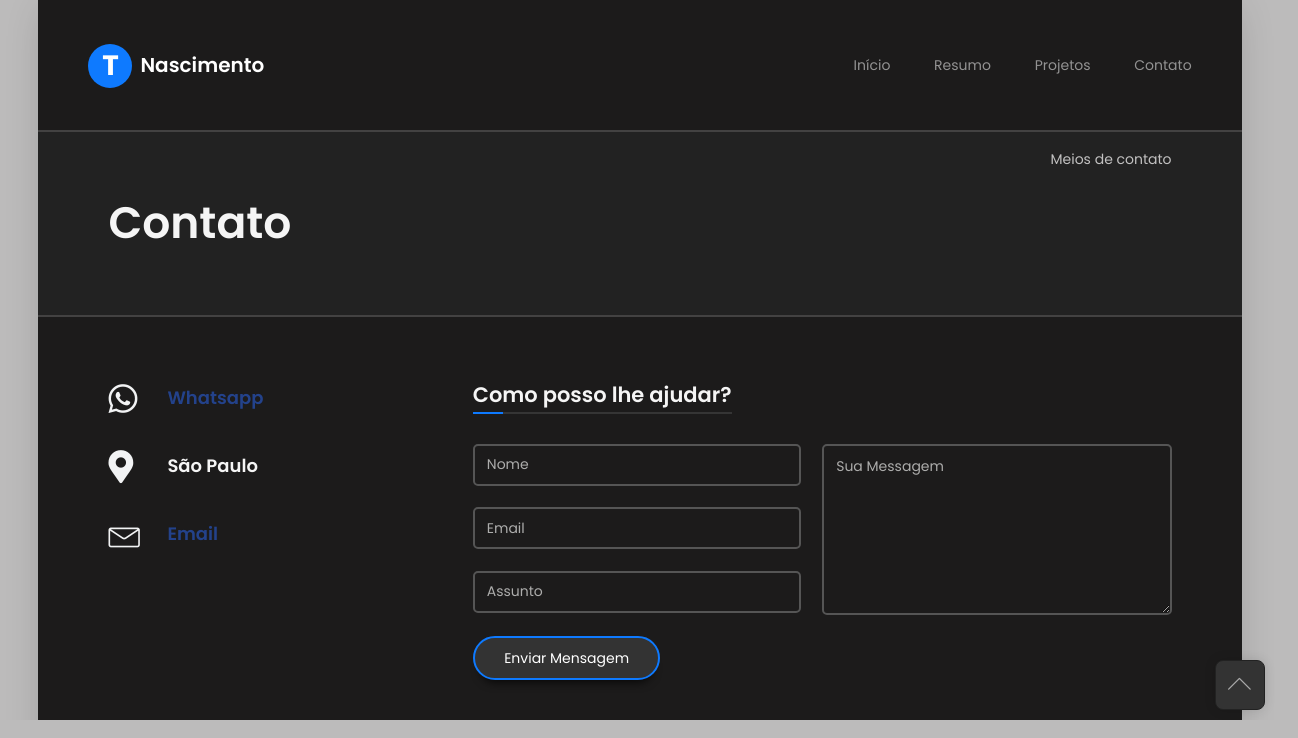
Repository: thmedu/Portfolio
Page: contact.html
These files come from the project's save history. The page is drawn as it stood at one moment and after the next save; the edit follows.
The browser window is 1280 px wide. The page is 1298 px wide, so the pictures cover 1298 px, including what lies to the right of the window. The pictures show the whole page.
An inner scrolling area shows only its first screen.

Above is the page before, as saved 2024-06-01 21:36:56.
Console error: ReferenceError: google is not defined

### contact.html
<!DOCTYPE html>
<html lang="pt-br" class="no-js">

<head>
    <meta charset="UTF-8" />
    <meta http-equiv="X-UA-Compatible" content="IE=edge">
    <title>Contato</title>
    <meta name="viewport" content="width=device-width, initial-scale=1.0, maximum-scale=1.0, user-scalable=no">
    <meta name="description" content="Leven - Resume / CV / vCard Template" />
    <meta name="keywords" content="vcard, responsive, retina, resume, jquery, css3, bootstrap, portfolio" />
    <meta name="author" content="Thomas" />
    <link rel="shortcut icon" href="./img/icones/dev-community-icon.svg">

    <link rel="stylesheet" href="./css/normalize.css" type="text/css">
    <link rel="stylesheet" href="./css/bootstrap.min.css" type="text/css">
    <link rel="stylesheet" href="./css/owl.carousel.css" type="text/css">
    <link rel="stylesheet" href="./css/magnific-popup.css" type="text/css">
    <link rel="stylesheet" href="./css/main.css" type="text/css">
    <link rel="stylesheet" href="https://cdnjs.cloudflare.com/ajax/libs/animate.css/4.1.1/animate.min.css" />

    <script src="./js/modernizr.custom.js"></script>
</head>

<body class="page">

    <div class="lm-animated-bg"></div>

    <!-- Loading animation -->
    <div class="preloader">
        <div class="preloader-animation">
            <div class="preloader-spinner">
            </div>
        </div>
    </div>
    <!-- /Loading animation -->

    <!-- Scroll To Top Button -->
    <div class="lmpixels-scroll-to-top"><i class="lnr lnr-chevron-up"></i></div>
    <!-- /Scroll To Top Button -->

    <div class="page-scroll">
        <div id="page_container" class="page-container bg-move-effect" data-animation="transition-flip-in-right">

            <!-- Cabeçalho -->
            <header id="site_header" class="header">
                <div class="header-content clearfix">

                    <!-- Logotipo de texto -->
                    <div class="text-logo">
                        <a href="index.html">
                            <div class="logo-symbol">T</div>
                            <div class="logo-text">Nascimento</div>
                        </a>
                    </div>
                    <!-- /Logotipo de texto -->

                    <!-- Navegação -->
                    <div class="site-nav mobile-menu-hide">
                        <ul class="leven-classic-menu site-main-menu">
                            <li class="menu-item">
                                <a href="index.html">Início</a>
                            </li>
                            <li class="menu-item">
                                <a href="resumo.html">Resumo</a>
                            </li>
                            <li class="menu-item">
                                <a href="portfolio.html">Projetos</a>
                            </li>
                            <li class="menu-item">
                                <a href="contact.html">Contato</a>
                            </li>
                        </ul>
                    </div>

                    <!-- Alternador de menu móvel -->
                    <a class="menu-toggle mobile-visible">
                        <i class="fa fa-bars"></i>
                    </a>
                </div>

            </header>

            <div id="main" class="site-main">
                <div id="main-content" class="single-page-content">
                    <div id="primary" class="content-area">

                        <div class="page-title">
                            <h1>Contato</h1>
                            <div class="page-subtitle">
                                <h4>Meios de contato</h4>
                            </div>
                        </div>

                        <div id="content" class="page-content site-content single-post" role="main">

                            <div class="row">
                                <div class="col-xs-12 col-sm-4">

                                    <div id="info_list_1" class="info-list-w-icon">

                                        <div class="info-block-w-icon">
                                            <div class="ci-icon">
                                                <i class="fab fa-whatsapp"></i> <!-- Ícone do WhatsApp -->
                                            </div>
                                            <div class="ci-text">
                                                <h4><a href="https://web.whatsapp.com/" target="_blank">Whatsapp</a>
                                                </h4>
                                                <p></p>
                                            </div>
                                        </div>
                                        <div class="info-block-w-icon">
                                            <div class="ci-icon">
                                                <i class="fas fa-map-marker-alt"></i> <!-- Ícone de localização -->
                                            </div>
                                            <div class="ci-text">
                                                <h4>São Paulo</h4>
                                                <p></p>
                                            </div>
                                        </div>

                                        <div class="info-block-w-icon">
                                            <div class="ci-icon">
                                                <i class="lnr lnr-envelope"></i>
                                            </div>
                                            <div class="ci-text">
                                                <h4><a href="https://outlook.live.com/mail/0/"
                                                        class="__cf_email__"
                                                        data-cfemail="f199949d9d9eb19489909c819d94df929e9c">Email</a></h4>
                                                <p></p>
                                            </div>
                                        </div>
                                    </div>

                                </div>

                                <div class="col-xs-12 col-sm-8">

                                    <div class="block-title">
                                        <h2>Como posso lhe ajudar?</h2>
                                    </div>

                                    <form id="contact_form" class="contact-form" action="#" method="post">

                                        <div class="messages"></div>

                                        <div class="controls two-columns">
                                            <div class="fields clearfix">
                                                <div class="left-column">
                                                    <div class="form-group form-group-with-icon">
                                                        <input id="form_name" type="text" name="name"
                                                            class="form-control" placeholder="Nome" required>
                                                        <div class="form-control-border"></div>
                                                    </div>

                                                    <div class="form-group form-group-with-icon">
                                                        <input id="form_email" type="email" name="email"
                                                            class="form-control" placeholder="Email" required>
                                                        <div class="form-control-border"></div>
                                                    </div>

                                                    <div class="form-group form-group-with-icon">
                                                        <input id="form_subject" type="text" name="subject"
                                                            class="form-control" placeholder="Assunto" required>
                                                        <div class="form-control-border"></div>
                                                    </div>
                                                </div>
                                                <div class="right-column">
                                                    <div class="form-group form-group-with-icon">
                                                        <textarea id="form_message" name="message"
                                                            class="form-control" placeholder="Sua Messagem"
                                                            rows="7" required></textarea>
                                                        <div class="form-control-border"></div>
                                                    </div>
                                                </div>
                                            </div>

                                            <input type="submit" class="button btn-send disabled"
                                                value="Enviar Mensagem">
                                        </div>
                                    </form>

                                </div>

                            </div>

                        </div>
                    </div>
                </div>
            </div>

            <!-- Footer -->
            <footer class="site-footer clearfix">
                <div class="footer-social">
                    <ul class="footer-social-links">
                        <li>
                            <a href="https://www.facebook.com/" target="_blank"><i
                                    class="fab fa-facebook-f" style="color: #0E7AFF;"></i></a>
                        </li>
                        <li>
                            <a href="https://twitter.com/" target="_blank"><i class="fab fa-twitter"
                                    style="color: #0E7AFF;"></i></a>
                        </li>
                        <li>
                            <a href="https://dribbble.com/" target="_blank"><i class="fab fa-dribbble"
                                    style="color: #0E7AFF;"></i></a>
                        </li>
                    </ul>
                </div>

                <div class="footer-copyrights">
                    <p>© 2024 Todos os direitos reservados. Thomas.</p>
                </div>
            </footer>
            <!-- /Footer -->

        </div>
    </div>
    <script src="js/jquery-2.1.3.min.js"></script>
    <script src="js/imagesloaded.pkgd.min.js"></script>
    <script src="js/bootstrap.min.js"></script>
    <script src="js/jquery.shuffle.min.js"></script>
    <script src="js/masonry.pkgd.min.js"></script>
    <script src="js/owl.carousel.min.js"></script>
    <script src="js/jquery.magnific-popup.min.js"></script>
    <script src="js/jquery.googlemap.js"></script>
    <script src="js/validator.js"></script>
    <script src="js/main.js"></script>
    <script src="js/contato.js"></script>
</body>

</html>

### css/owl.carousel.css
/* Owl Carousel */
.owl-carousel {
    display: none;
    width: 100%;
    position: relative;
    z-index: 1;
  }

  .owl-carousel .owl-stage {
    position: relative;
  }

  .owl-carousel .owl-stage:after {
    content: ".";
    display: block;
    clear: both;
    visibility: hidden;
    line-height: 0;
    height: 0;
  }

  .owl-carousel .owl-stage-outer {
    position: relative;
    overflow: hidden;
    transform: translate3d(0px, 0px, 0px);
  }

  .owl-carousel .owl-item {
    position: relative;
    min-height: 1px;
    float: left;
  }

  .owl-carousel .owl-item img {
    display: block;
    width: 100%;
  }

  .owl-carousel .owl-nav.disabled,
  .owl-carousel .owl-dots.disabled {
    display: none;
  }

  .owl-carousel .owl-nav .owl-prev,
  .owl-carousel .owl-nav .owl-next,
  .owl-carousel .owl-dot {
    cursor: pointer;
    user-select: none;
  }

  .owl-carousel.owl-loaded {
    display: block;
    opacity: 1;
  }

  .owl-carousel.owl-loading {
    opacity: 0;
    display: block;
  }

  .owl-carousel.owl-hidden {
    opacity: 0;
  }

  .owl-carousel.owl-refresh .owl-item {
    visibility: hidden;
  }

  .owl-carousel.owl-drag .owl-item {
    user-select: none;
  }

  .owl-carousel.owl-grab {
    cursor: move;
    cursor: grab;
  }

  .owl-carousel.owl-rtl {
    direction: rtl;
  }

  .owl-carousel.owl-rtl .owl-item {
    float: right;
  }

  .owl-carousel .animated {
    animation-duration: 1000ms;
    animation-fill-mode: both;
  }

  .owl-carousel .owl-animated-in {
    z-index: 0;
  }

  .owl-carousel .owl-animated-out {
    z-index: 1;
  }

  .owl-carousel .fadeOut {
    animation-name: fadeOut;
  }

  @keyframes fadeOut {
    0% {
      opacity: 1;
    }
    100% {
      opacity: 0;
    }
  }

  /* Owl Carousel Custom */
  .owl-carousel .owl-item {
    opacity: 0;
    transform: scale(0.8);
    transition: opacity 0.5s ease, transform 0.5s ease;
  }

  .owl-carousel .owl-item.active {
    opacity: 1;
    transform: scale(1);
  }

### css/animations.css
/* Animations */

@keyframes fadeIn {
    0% {
        opacity: 0;
    }
    100% {
        opacity: 1;
    }
}

@keyframes slideInFromLeft {
    0% {
        transform: translateX(-100%);
        opacity: 0;
    }
    100% {
        transform: translateX(0);
        opacity: 1;
    }
}

@keyframes slideInFromRight {
    0% {
        transform: translateX(100%);
        opacity: 0;
    }
    100% {
        transform: translateX(0);
        opacity: 1;
    }
}

@keyframes bounce {
    0%, 20%, 50%, 80%, 100% {
        transform: translateY(0);
    }
    40% {
        transform: translateY(-20px);
    }
    60% {
        transform: translateY(-10px);
    }
}

/* Apply animations to elements */

.animated {
    animation-duration: 1s;
    animation-fill-mode: both;
}

.fadeIn {
    animation-name: fadeIn;
}

.slideInFromLeft {
    animation-name: slideInFromLeft;
}

.slideInFromRight {
    animation-name: slideInFromRight;
}

.bounce {
    animation-name: bounce;
}
/* Animations for Form Elements */

.form-group,
.form-control,
.form-control:focus,
.has-error .form-control,
.has-error .form-control:focus,
input[type=search],
input[type=password],
input[type=text] {
    -webkit-transition: all 0.3s ease;
    -moz-transition: all 0.3s ease;
    -o-transition: all 0.3s ease;
    transition: all 0.3s ease;
}

.form-control-border {
    -webkit-transition: all 0.3s ease;
    -moz-transition: all 0.3s ease;
    -o-transition: all 0.3s ease;
    transition: all 0.3s ease;
}

.form-group .help-block,
.form-group-with-icon i,
.btn-primary,
.btn-secondary,
button,
input[type=button],
input[type=submit],
.wp-block-button .wp-block-button__link {
    -webkit-transition: all 0.3s ease;
    -moz-transition: all 0.3s ease;
    -o-transition: all 0.3s ease;
    transition: all 0.3s ease;
}

/* Hover Effects */

.form-group:hover .help-block,
.form-group-with-icon:hover i,
.btn-primary:hover,
.btn-secondary:hover,
button:hover,
input[type=button]:hover,
input[type=submit]:hover,
.wp-block-button .wp-block-button__link:hover {
    transform: translateY(-3px);
}

/* Focus Effects */

.form-control:focus,
.has-error .form-control:focus,
input[type=search]:focus,
input[type=password]:focus,
input[type=text]:focus {
    border-color: #0E7AFF; /* Change border color on focus */
}

.form-control:focus + .form-control-border {
    left: 0;
    right: 0;
    height: 100%;
    z-index: 1;
    opacity: 1;
    border-right-width: 2px;
}

/* Error State */

.has-error .form-control,
.has-error .form-control:focus {
    border-color: #ff4c4c; /* Change border color on error */
}
.aligncenter {
    display: block;
    margin-left: auto;
    margin-right: auto;
}

.alignfull {
    margin-left: -120px;
    margin-right: -120px;
    min-width: calc(100% + 240px);
}

.alignwide {
    margin-left: -60px;
    margin-right: -60px;
    min-width: calc(100% + 120px);
}

.wp-block-image .alignleft {
    margin-right: 30px;
}

.wp-block-image .alignright {
    margin-left: 30px;
}

blockquote.alignleft,
figure.wp-caption.alignleft,
img.alignleft {
    margin: 7px 24px 7px 0;
}

.wp-caption.alignleft {
    margin: 7px 14px 7px 0;
}

.wp-block-cover,
.wp-block-cover-image {
    margin-bottom: 20px;
}

blockquote.alignright,
figure.wp-caption.alignright,
img.alignright {
    margin: 7px 0 7px 24px;
}

.wp-caption.alignright {
    margin: 7px 0 7px 14px;
}

blockquote.aligncenter,
img.aligncenter,
.wp-caption.aligncenter {
    margin-top: 7px;
    margin-bottom: 7px;
}

.site-content blockquote.alignleft,
.site-content blockquote.alignright {
    border-top: 1px solid rgba(0, 0, 0, .1);
    border-bottom: 1px solid rgba(0, 0, 0, .1);
    padding-top: 17px;
    width: 50%;
}

.site-content blockquote.alignleft p,
.site-content blockquote.alignright p {
    margin-bottom: 17px;
}

table,
th,
td {
    border: 1px solid rgba(0, 0, 0, .1);
}

table {
    border-collapse: separate;
    border-spacing: 0;
    border-width: 1px 0 0 1px;
    margin-bottom: 24px;
    width: 100%;
}

caption,
th,
td {
    font-weight: 400;
    text-align: left;
}

th {
    border-width: 0 1px 1px 0;
    font-weight: 700;
    padding: .5em;
}

td {
    border-width: 0 1px 1px 0;
    padding: .5em;
}

.p-10 {
    padding-top: 10px;
}

.p-20 {
    padding-top: 20px;
}

.p-30 {
    padding-top: 30px;
}

.p-40 {
    padding-top: 40px;
}

.p-50 {
    padding-top: 50px;
}

.p-60 {
    padding-top: 60px;
}

.p-70 {
    padding-top: 70px;
}

.p-80 {
    padding-top: 80px;
}

.p-90 {
    padding-top: 90px;
}

.p-100 {
    padding-top: 100px;
}

.no-js .preloader,
.no-js .preloader-portfolio {
    display: none;
}

.preloader,
.preloader-portfolio {
    position: fixed;
    left: 0;
    top: 0;
    width: 100%;
    height: 100%;
    z-index: 9999;
    background-color: #000;
}

.preloader-animation {
    position: absolute;
    top: 50%;
    left: 50%;
    text-align: center;
    background-color: inherit;
    color: inherit;
    opacity: 1;
    transition: opacity .3s;
    transform: translate3d(-50%, -50%, 0);
}

.preloader-spinner {
    width: 52px;
    height: 52px;
    margin: 100px auto;
    background-color: #0E7AFF;
    border-radius: 100%;
    -webkit-animation: sk-scaleout 1s infinite ease-in-out;
    animation: sk-scaleout 1s infinite ease-in-out;
}

@-webkit-keyframes sk-scaleout {
    0% {
        -webkit-transform: scale(0);
    }

    100% {
        -webkit-transform: scale(1.1);
        opacity: 0;
    }
}

@keyframes sk-scaleout {
    0% {
        -webkit-transform: scale(0);
        transform: scale(0);
    }

    100% {
        -webkit-transform: scale(1.1);
        transform: scale(1.1);
        opacity: 0;
    }
}

.page-container {
    display: flex;
    flex-flow: column;
    position: relative;
    -webkit-box-flex: 0;
    -ms-flex: 0 0 100%;
    flex: 0 0 100%;
    max-width: 100%;
}

.site-footer {
    padding-top: 50px;
    padding-bottom: 50px;
    position: relative;
    background-color: #000;
}

.scroll-top {
    position: fixed;
    right: 15px;
    bottom: 15px;
    z-index: 9999;
    display: none;
    background-color: #0E7AFF;
    width: 40px;
    height: 40px;
    text-align: center;
    line-height: 38px;
    color: #fff;
    font-size: 14px;
    border-radius: 50%;
    box-shadow: 0 0 10px rgba(0, 0, 0, .2);
    cursor: pointer;
}

.scroll-top:hover {
    background-color: #333;
}

Loaded but not shown: css/normalize.css (library); css/bootstrap.min.css (library); css/magnific-popup.css (library); js/modernizr.custom.js (library); js/jquery-2.1.3.min.js (library); js/imagesloaded.pkgd.min.js (library); js/bootstrap.min.js (library); js/jquery.shuffle.min.js (library); js/masonry.pkgd.min.js (library); js/owl.carousel.min.js (library); js/jquery.magnific-popup.min.js (library); js/jquery.googlemap.js (library); js/main.js (library); css/fonts/linear-icons-font/style.css (library); css/fonts/fontawesome-free-5.12.1-web/css/all.min.css (library); css/fonts/linecons/style.css (library); js/validator.js (135 lines, source omitted); js/contato.js (117 lines, source omitted); css/main.css (5783 lines, source omitted)

After the next save:
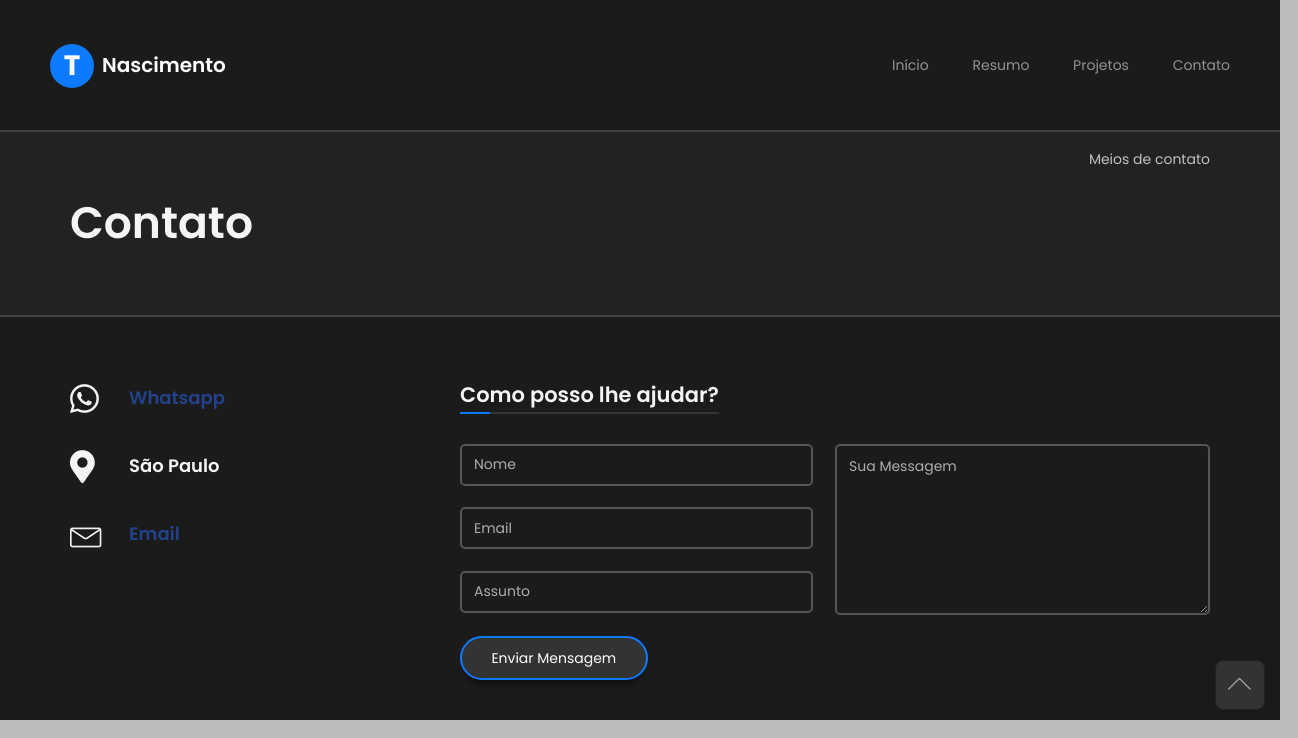
Saved 39 s later.
--- a/contact.html
+++ b/contact.html
@@ -16,6 +16,8 @@
     <link rel="stylesheet" href="./css/owl.carousel.css" type="text/css">
     <link rel="stylesheet" href="./css/magnific-popup.css" type="text/css">
     <link rel="stylesheet" href="./css/main.css" type="text/css">
+    <link rel="stylesheet" href="./css/animations.css" type="text/css">
+
     <link rel="stylesheet" href="https://cdnjs.cloudflare.com/ajax/libs/animate.css/4.1.1/animate.min.css" />
 
     <script src="./js/modernizr.custom.js"></script>
